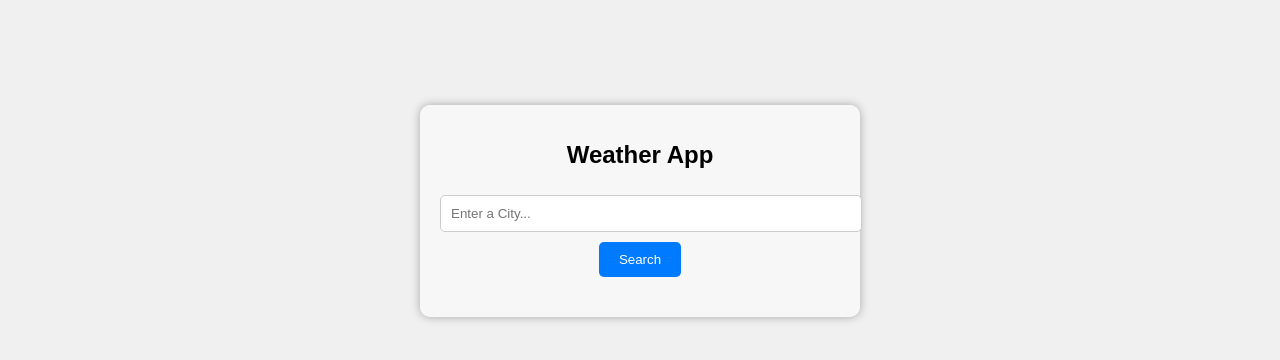
Repository: Dharshinimk-521/weather-app
Page: index.html
The author's editor kept a copy of each file at every save. The page is drawn from the files as they stood at one save, then again after the next save.
The browser window is 1280 px wide. The pictures show the whole page.

Above is the page before, as saved 2026-04-18 17:22:03.

### index.html
<!DOCTYPE html>
<html lang = "en">
    <head>
        <meta charset="UTF-8">
        <meta name="viewport" content="width=device-width,inital-cale=1.0">
        <title>Weather App</title>
        <link rel="stylesheet" href="style.css">
        <script src="script.js" defer></script>
    </head>
    <body>
        <div class="container">
            <h1>Weather App</h1>
            <input type="text" id="locationinput" placeholder="Enter a City...">
            <button id="searchbtn">Search</button>
            <div class="weather-info">
                <h2 id="location"></h2>
                <p id="temp"></p>
                <p id="desc"></p>
            </div>
        </div>
    </body>

### style.css
body {
    font-family: Arial, sans-serif;
    background-color: #f0f0f0;
}

.container {
    max-width: 400px;
    margin: 0 auto;
    text-align: center;
    padding: 20px;
    background-color: rgba(255, 255, 255, 0.5); /* Set the background color to be transparent */
    border-radius: 10px;
    box-shadow: 0 0 10px rgba(0, 0, 0, 0.3); /* Adjust the alpha value here for the box shadow transparency */
    margin-top: 105px;
}

h1 {
    font-size: 24px;
}

input[type="text"] {
    width: 100%;
    padding: 10px;
    margin: 10px 0;
    border: 1px solid #ccc;
    border-radius: 5px;
}

button {
    background-color: #007BFF;
    color: #fff;
    border: none;
    padding: 10px 20px;
    border-radius: 5px;
    cursor: pointer;
}

.weather-info {
    margin-top: 20px;
}

Loaded but not shown: script.js (no copy from this time; the picture is the same without it)

After the next save:
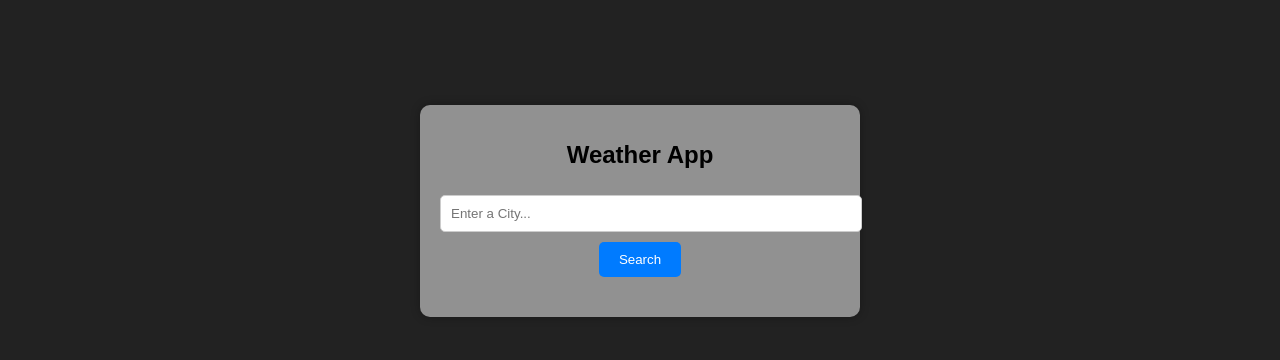
Saved 21 s later.
--- a/style.css
+++ b/style.css
@@ -1,6 +1,6 @@
 body {
     font-family: Arial, sans-serif;
-    background-color: #f0f0f0;
+    background-color: #222222;
 }
 
 .container {
